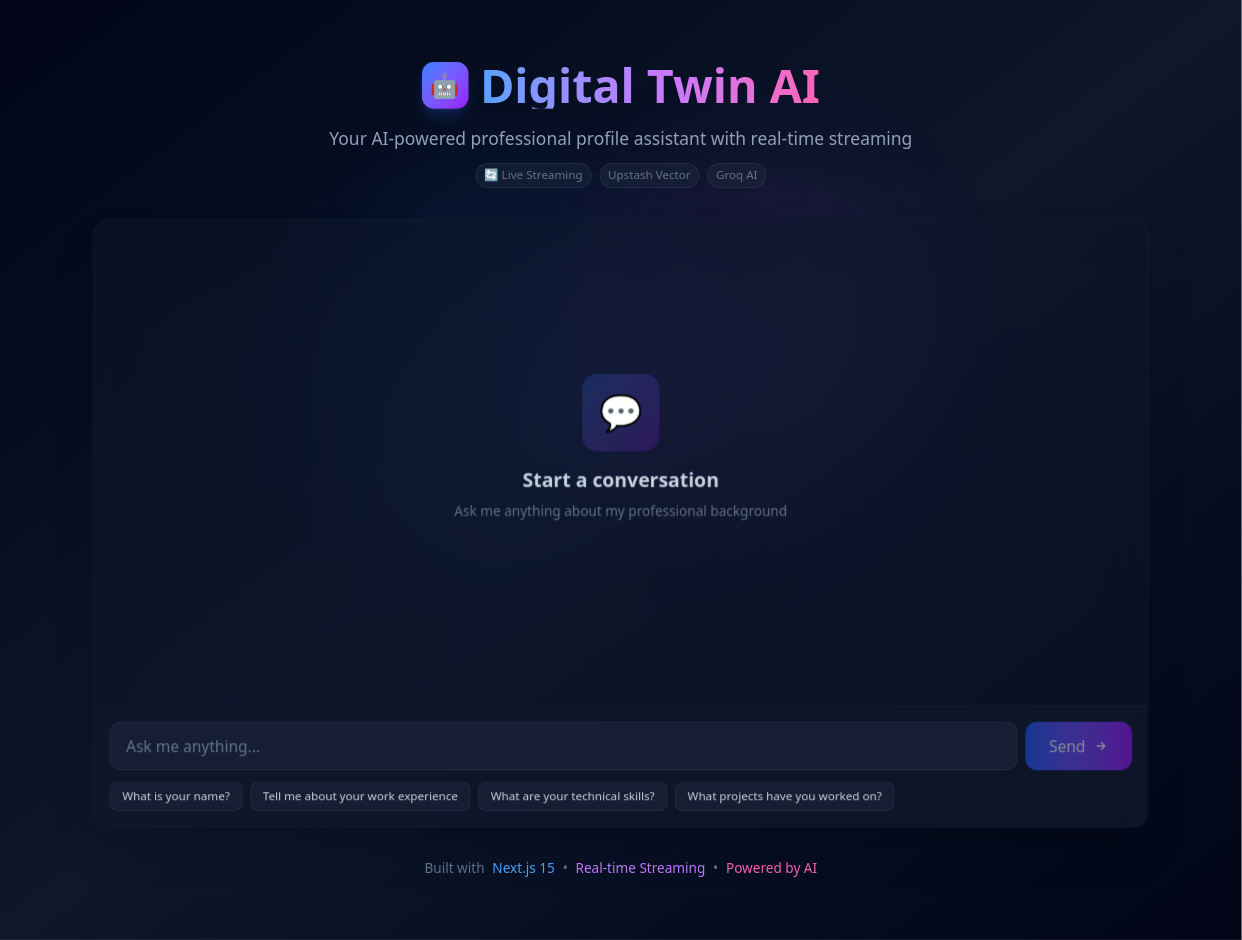
Repository: DiwanMalla/digital-twin-workshop
Page: /
The author's editor kept a copy of each file at every save. The page is drawn from the files as they stood at one save, then again after the next save.
The browser window is 1280 px wide. The pictures show the whole page, at 97% of full size.
The page's requests for data from a server got no answer. The project was rebuilt for these pictures with package versions that can differ from the ones it lists, and the page was loaded fresh each time. The framework's server and built-in components were replaced by stand-ins that run in the browser. No one was signed in, and anything a server would have sent is missing. Also part of the build but not shown: next.config.ts.

Above is the page before, as saved 2025-10-25 21:53:37.

### app/page.tsx
"use client";

import { useState, useEffect, useRef } from "react";
import { Check, Copy, Trash2, Send, Sparkles } from "lucide-react";

type Message = {
  type: "user" | "ai";
  content: string;
  timestamp: Date;
};

export default function Home() {
  const [question, setQuestion] = useState("");
  const [messages, setMessages] = useState<Message[]>([]);
  const [isLoading, setIsLoading] = useState(false);
  const [isStreaming, setIsStreaming] = useState(false);
  const [streamingMessage, setStreamingMessage] = useState("");
  const [statusMessage, setStatusMessage] = useState("");
  const [dbStatus, setDbStatus] = useState<{
    success: boolean;
    message: string;
    vectorCount?: number;
  } | null>(null);
  const [isReloading, setIsReloading] = useState(false);
  const [copiedIndex, setCopiedIndex] = useState<number | null>(null);
  const chatEndRef = useRef<HTMLDivElement>(null);

  // Load database on mount
  useEffect(() => {
    loadDatabase();
  }, []);

  // Auto-scroll to bottom when messages update
  useEffect(() => {
    chatEndRef.current?.scrollIntoView({ behavior: "smooth" });
  }, [messages, streamingMessage]);

  const loadDatabase = async () => {
    try {
      const res = await fetch("/api/mcp/query");
      const data = await res.json();
      setDbStatus(data);
    } catch (err) {
      console.error("Error loading database:", err);
    }
  };

  const reloadDatabase = async () => {
    setIsReloading(true);
    try {
      const res = await fetch("/api/mcp/reload", {
        method: "DELETE",
      });
      const data = await res.json();
      setDbStatus(data);
    } catch (err) {
      console.error("Error reloading database:", err);
    } finally {
      setIsReloading(false);
    }
  };

  const handleSubmit = async (e: React.FormEvent) => {
    e.preventDefault();
    if (!question.trim() || isLoading || isStreaming) return;

    const userQuestion = question.trim();
    setQuestion("");
    setIsLoading(true);
    setIsStreaming(true);
    setStreamingMessage("");
    setStatusMessage("");

    // Add user message immediately
    const newUserMessage: Message = {
      type: "user",
      content: userQuestion,
      timestamp: new Date(),
    };
    setMessages((prev) => [...prev, newUserMessage]);

    try {
      const response = await fetch("/api/mcp/stream", {
        method: "POST",
        headers: { "Content-Type": "application/json" },
        body: JSON.stringify({ question: userQuestion }),
      });

      if (!response.ok) throw new Error("Stream failed");

      const reader = response.body?.getReader();
      const decoder = new TextDecoder();
      let fullResponse = "";

      if (reader) {
        while (true) {
          const { done, value } = await reader.read();
          if (done) break;

          const chunk = decoder.decode(value);
          const lines = chunk.split("\n");

          for (const line of lines) {
            if (line.startsWith("data: ")) {
              const data = JSON.parse(line.slice(6));

              if (data.type === "status") {
                setStatusMessage(data.message);
              } else if (data.type === "token") {
                fullResponse += data.content;
                setStreamingMessage(fullResponse);
              } else if (data.type === "done") {
                setIsStreaming(false);
                setStatusMessage("");
                // Add complete AI message
                const aiMessage: Message = {
                  type: "ai",
                  content: fullResponse,
                  timestamp: new Date(),
                };
                setMessages((prev) => [...prev, aiMessage]);
                setStreamingMessage("");
              } else if (data.type === "error") {
                throw new Error(data.message);
              }
            }
          }
        }
      }
    } catch (err) {
      const errorMessage: Message = {
        type: "ai",
        content: `Error: ${err instanceof Error ? err.message : "Failed to get response"}`,
        timestamp: new Date(),
      };
      setMessages((prev) => [...prev, errorMessage]);
      setStreamingMessage("");
      setIsStreaming(false);
      setStatusMessage("");
    } finally {
      setIsLoading(false);
    }
  };

  const copyToClipboard = async (text: string, index: number) => {
    try {
      await navigator.clipboard.writeText(text);
      setCopiedIndex(index);
      setTimeout(() => setCopiedIndex(null), 2000);
    } catch (err) {
      console.error("Failed to copy:", err);
    }
  };

  const clearChat = () => {
    if (confirm("Are you sure you want to clear the chat history?")) {
      setMessages([]);
      setStreamingMessage("");
    }
  };

  const formatMessage = (content: string) => {
    // Simple markdown-like formatting
    return content
      .split("\n")
      .map((line, i) => {
        // Headers
        if (line.startsWith("### ")) {
          return (
            <h3 key={i} className="text-lg font-bold mt-4 mb-2 text-blue-300">
              {line.replace("### ", "")}
            </h3>
          );
        }
        if (line.startsWith("## ")) {
          return (
            <h2 key={i} className="text-xl font-bold mt-4 mb-2 text-blue-300">
              {line.replace("## ", "")}
            </h2>
          );
        }
        // Bold
        if (line.includes("**")) {
          const parts = line.split(/\*\*(.*?)\*\*/g);
          return (
            <p key={i} className="mb-2">
              {parts.map((part, j) =>
                j % 2 === 1 ? (
                  <strong key={j} className="font-semibold text-white">
                    {part}
                  </strong>
                ) : (
                  part
                )
              )}
            </p>
          );
        }
        // Bullet points
        if (line.trim().startsWith("- ") || line.trim().startsWith("* ")) {
          return (
            <li key={i} className="ml-4 mb-1">
              {line.replace(/^[\s-*]+/, "")}
            </li>
          );
        }
        // Code blocks
        if (line.trim().startsWith("`") && line.trim().endsWith("`")) {
          return (
            <code key={i} className="bg-slate-800 px-2 py-1 rounded text-blue-300 text-sm block my-1">
              {line.replace(/`/g, "")}
            </code>
          );
        }
        // Regular line
        return line.trim() ? (
          <p key={i} className="mb-2">
            {line}
          </p>
        ) : (
          <br key={i} />
        );
      });
  };

  const sampleQuestions = [
    "What is your name?",
    "Tell me about your work experience",
    "What are your technical skills?",
    "What projects have you worked on?",
  ];

  return (
    <div className="min-h-screen bg-gradient-to-br from-slate-950 via-slate-900 to-slate-950 text-white">
      {/* Animated background */}
      <div className="fixed inset-0 overflow-hidden pointer-events-none">
        <div className="absolute top-1/4 left-1/4 w-96 h-96 bg-blue-500/10 rounded-full blur-3xl animate-pulse"></div>
        <div className="absolute bottom-1/4 right-1/4 w-96 h-96 bg-purple-500/10 rounded-full blur-3xl animate-pulse delay-1000"></div>
      </div>

      <div className="relative max-w-6xl mx-auto p-4 sm:p-6 lg:p-8">
        {/* Header */}
        <div className="text-center mb-8 pt-8">
          <div className="inline-flex items-center gap-3 mb-4">
            <div className="w-12 h-12 bg-gradient-to-br from-blue-500 to-purple-600 rounded-xl flex items-center justify-center shadow-lg shadow-blue-500/20">
              <span className="text-2xl">🤖</span>
            </div>
            <h1 className="text-4xl sm:text-5xl font-bold bg-gradient-to-r from-blue-400 via-purple-400 to-pink-400 bg-clip-text text-transparent">
              Digital Twin AI
            </h1>
          </div>
          <p className="text-slate-400 text-lg">
            Your AI-powered professional profile assistant with real-time streaming
          </p>
          <div className="flex items-center justify-center gap-2 mt-3 text-xs text-slate-500">
            <span className="px-2 py-1 bg-slate-800/50 rounded-full border border-slate-700/50">🔄 Live Streaming</span>
            <span className="px-2 py-1 bg-slate-800/50 rounded-full border border-slate-700/50">Upstash Vector</span>
            <span className="px-2 py-1 bg-slate-800/50 rounded-full border border-slate-700/50">Groq AI</span>
          </div>
        </div>

        {/* Database Status */}
        {dbStatus && (
          <div
            className={`mb-6 p-4 rounded-2xl border backdrop-blur-sm transition-all duration-300 ${
              dbStatus.success
                ? "bg-emerald-500/10 border-emerald-500/30 shadow-lg shadow-emerald-500/10"
                : "bg-rose-500/10 border-rose-500/30 shadow-lg shadow-rose-500/10"
            }`}
          >
            <div className="flex items-center gap-3">
              <div className={`w-10 h-10 rounded-full flex items-center justify-center ${
                dbStatus.success ? "bg-emerald-500/20" : "bg-rose-500/20"
              }`}>
                <span className="text-xl">
                  {dbStatus.success ? "✓" : "✗"}
                </span>
              </div>
              <div className="flex-1">
                <p className="font-semibold text-white">{dbStatus.message}</p>
                {dbStatus.vectorCount && (
                  <p className="text-sm text-slate-400 mt-1">
                    �� {dbStatus.vectorCount} content chunks indexed and ready
                  </p>
                )}
              </div>
              <button
                onClick={reloadDatabase}
                disabled={isReloading}
                className="px-4 py-2 bg-slate-800/50 hover:bg-slate-700/50 border border-slate-700/50 rounded-lg text-sm text-slate-300 hover:text-white transition-all disabled:opacity-50 disabled:cursor-not-allowed flex items-center gap-2"
              >
                <svg
                  className={`w-4 h-4 ${isReloading ? 'animate-spin' : ''}`}
                  fill="none"
                  stroke="currentColor"
                  viewBox="0 0 24 24"
                >
                  <path strokeLinecap="round" strokeLinejoin="round" strokeWidth={2} d="M4 4v5h.582m15.356 2A8.001 8.001 0 004.582 9m0 0H9m11 11v-5h-.581m0 0a8.003 8.003 0 01-15.357-2m15.357 2H15" />
                </svg>
                {isReloading ? 'Reloading...' : 'Reload DB'}
              </button>
            </div>
          </div>
        )}

        {/* Main Chat Container */}
        <div className="bg-slate-900/50 backdrop-blur-xl rounded-2xl border border-slate-800/50 shadow-2xl overflow-hidden">
          {/* Chat Messages */}
          <div className="h-[500px] overflow-y-auto p-6 space-y-4">
            {messages.length === 0 && !isStreaming && (
              <div className="flex flex-col items-center justify-center h-full text-center">
                <div className="w-20 h-20 bg-gradient-to-br from-blue-500/20 to-purple-600/20 rounded-2xl flex items-center justify-center mb-4">
                  <span className="text-4xl">💬</span>
                </div>
                <h3 className="text-xl font-semibold text-slate-300 mb-2">Start a conversation</h3>
                <p className="text-slate-500 text-sm">Ask me anything about my professional background</p>
              </div>
            )}

            {messages.map((msg, idx) => (
              <div
                key={idx}
                className={`flex gap-3 ${
                  msg.type === "user" ? "justify-end" : "justify-start"
                }`}
              >
                <div
                  className={`max-w-[80%] rounded-2xl px-4 py-3 ${
                    msg.type === "user"
                      ? "bg-gradient-to-r from-blue-600 to-purple-600 text-white"
                      : "bg-white/10 backdrop-blur-sm text-white border border-white/10"
                  }`}
                >
                  <p className="text-sm whitespace-pre-wrap">{msg.content}</p>
                  <p className="text-xs opacity-50 mt-1">
                    {msg.timestamp.toLocaleTimeString()}
                  </p>
                </div>
              </div>
            ))}

            {/* Show streaming message */}
            {isStreaming && streamingMessage && (
              <div className="flex gap-3 justify-start">
                <div className="max-w-[80%] rounded-2xl px-4 py-3 bg-white/10 backdrop-blur-sm text-white border border-white/10">
                  <p className="text-sm whitespace-pre-wrap">{streamingMessage}</p>
                  <div className="flex items-center gap-2 mt-2">
                    <div className="w-2 h-2 bg-blue-500 rounded-full animate-pulse"></div>
                    <p className="text-xs opacity-50">Streaming...</p>
                  </div>
                </div>
              </div>
            )}

            {/* Show status message */}
            {statusMessage && (
              <div className="flex justify-center">
                <div className="px-4 py-2 bg-blue-500/20 backdrop-blur-sm rounded-full border border-blue-500/30">
                  <p className="text-xs text-blue-300">{statusMessage}</p>
                </div>
              </div>
            )}

            <div ref={chatEndRef} />
          </div>

          {/* Input Form */}
          <div className="border-t border-slate-800/50 p-4 bg-slate-900/80 backdrop-blur-sm">
            <form onSubmit={handleSubmit} className="space-y-3">
              <div className="flex gap-2">
                <input
                  type="text"
                  value={question}
                  onChange={(e) => setQuestion(e.target.value)}
                  placeholder="Ask me anything..."
                  className="flex-1 px-4 py-3 bg-slate-800/50 border border-slate-700/50 rounded-xl focus:outline-none focus:ring-2 focus:ring-blue-500/50 focus:border-transparent text-white placeholder-slate-500 transition-all"
                  disabled={isLoading || isStreaming}
                />
                <button
                  type="submit"
                  disabled={isLoading || isStreaming || !question.trim()}
                  className="px-6 py-3 bg-gradient-to-r from-blue-600 to-purple-600 text-white rounded-xl hover:from-blue-700 hover:to-purple-700 disabled:opacity-50 disabled:cursor-not-allowed transition-all duration-200 font-medium flex items-center gap-2"
                >
                  {isLoading || isStreaming ? (
                    <>
                      <svg className="animate-spin h-4 w-4" viewBox="0 0 24 24">
                        <circle className="opacity-25" cx="12" cy="12" r="10" stroke="currentColor" strokeWidth="4" fill="none"/>
                        <path className="opacity-75" fill="currentColor" d="M4 12a8 8 0 018-8V0C5.373 0 0 5.373 0 12h4zm2 5.291A7.962 7.962 0 014 12H0c0 3.042 1.135 5.824 3 7.938l3-2.647z"/>
                      </svg>
                      <span>Thinking...</span>
                    </>
                  ) : (
                    <>
                      <span>Send</span>
                      <svg className="w-4 h-4" fill="none" stroke="currentColor" viewBox="0 0 24 24">
                        <path strokeLinecap="round" strokeLinejoin="round" strokeWidth={2} d="M13 7l5 5m0 0l-5 5m5-5H6"/>
                      </svg>
                    </>
                  )}
                </button>
              </div>

              {/* Sample Questions */}
              <div className="flex flex-wrap gap-2">
                {sampleQuestions.map((q) => (
                  <button
                    key={q}
                    type="button"
                    onClick={() => setQuestion(q)}
                    className="text-xs bg-slate-800/50 hover:bg-slate-800 border border-slate-700/50 hover:border-blue-500/50 text-slate-300 hover:text-blue-300 px-3 py-1.5 rounded-lg transition-all duration-200"
                    disabled={isLoading || isStreaming}
                  >
                    {q}
                  </button>
                ))}
              </div>
            </form>
          </div>
        </div>

        {/* Footer */}
        <div className="mt-8 text-center text-sm text-slate-500 pb-8">
          <p className="flex items-center justify-center gap-2 flex-wrap">
            <span>Built with</span>
            <span className="text-blue-400">Next.js 15</span>
            <span>•</span>
            <span className="text-purple-400">Real-time Streaming</span>
            <span>•</span>
            <span className="text-pink-400">Powered by AI</span>
          </p>
        </div>
      </div>
    </div>
  );
}

### app/globals.css
@import "tailwindcss";

:root {
  --background: 0 0% 100%;
  --foreground: 240 10% 3.9%;
  --card: 0 0% 100%;
  --card-foreground: 240 10% 3.9%;
  --popover: 0 0% 100%;
  --popover-foreground: 240 10% 3.9%;
  --primary: 240 5.9% 10%;
  --primary-foreground: 0 0% 98%;
  --secondary: 240 4.8% 95.9%;
  --secondary-foreground: 240 5.9% 10%;
  --muted: 240 4.8% 95.9%;
  --muted-foreground: 240 3.8% 46.1%;
  --accent: 240 4.8% 95.9%;
  --accent-foreground: 240 5.9% 10%;
  --destructive: 0 84.2% 60.2%;
  --destructive-foreground: 0 0% 98%;
  --border: 240 5.9% 90%;
  --input: 240 5.9% 90%;
  --ring: 240 5.9% 10%;
  --radius: 0.5rem;
}

@theme inline {
  --color-background: hsl(var(--background));
  --color-foreground: hsl(var(--foreground));
  --color-card: hsl(var(--card));
  --color-card-foreground: hsl(var(--card-foreground));
  --color-popover: hsl(var(--popover));
  --color-popover-foreground: hsl(var(--popover-foreground));
  --color-primary: hsl(var(--primary));
  --color-primary-foreground: hsl(var(--primary-foreground));
  --color-secondary: hsl(var(--secondary));
  --color-secondary-foreground: hsl(var(--secondary-foreground));
  --color-muted: hsl(var(--muted));
  --color-muted-foreground: hsl(var(--muted-foreground));
  --color-accent: hsl(var(--accent));
  --color-accent-foreground: hsl(var(--accent-foreground));
  --color-destructive: hsl(var(--destructive));
  --color-destructive-foreground: hsl(var(--destructive-foreground));
  --color-border: hsl(var(--border));
  --color-input: hsl(var(--input));
  --color-ring: hsl(var(--ring));
  --font-sans: var(--font-geist-sans);
  --font-mono: var(--font-geist-mono);
}

@media (prefers-color-scheme: dark) {
  :root {
    --background: 240 10% 3.9%;
    --foreground: 0 0% 98%;
    --card: 240 10% 3.9%;
    --card-foreground: 0 0% 98%;
    --popover: 240 10% 3.9%;
    --popover-foreground: 0 0% 98%;
    --primary: 0 0% 98%;
    --primary-foreground: 240 5.9% 10%;
    --secondary: 240 3.7% 15.9%;
    --secondary-foreground: 0 0% 98%;
    --muted: 240 3.7% 15.9%;
    --muted-foreground: 240 5% 64.9%;
    --accent: 240 3.7% 15.9%;
    --accent-foreground: 0 0% 98%;
    --destructive: 0 62.8% 30.6%;
    --destructive-foreground: 0 0% 98%;
    --border: 240 3.7% 15.9%;
    --input: 240 3.7% 15.9%;
    --ring: 240 4.9% 83.9%;
  }
}

body {
  background: hsl(var(--background));
  color: hsl(var(--foreground));
  font-family: var(--font-sans), Arial, Helvetica, sans-serif;
}

Loaded but not shown: app/layout.tsx (common file)

After the next save:
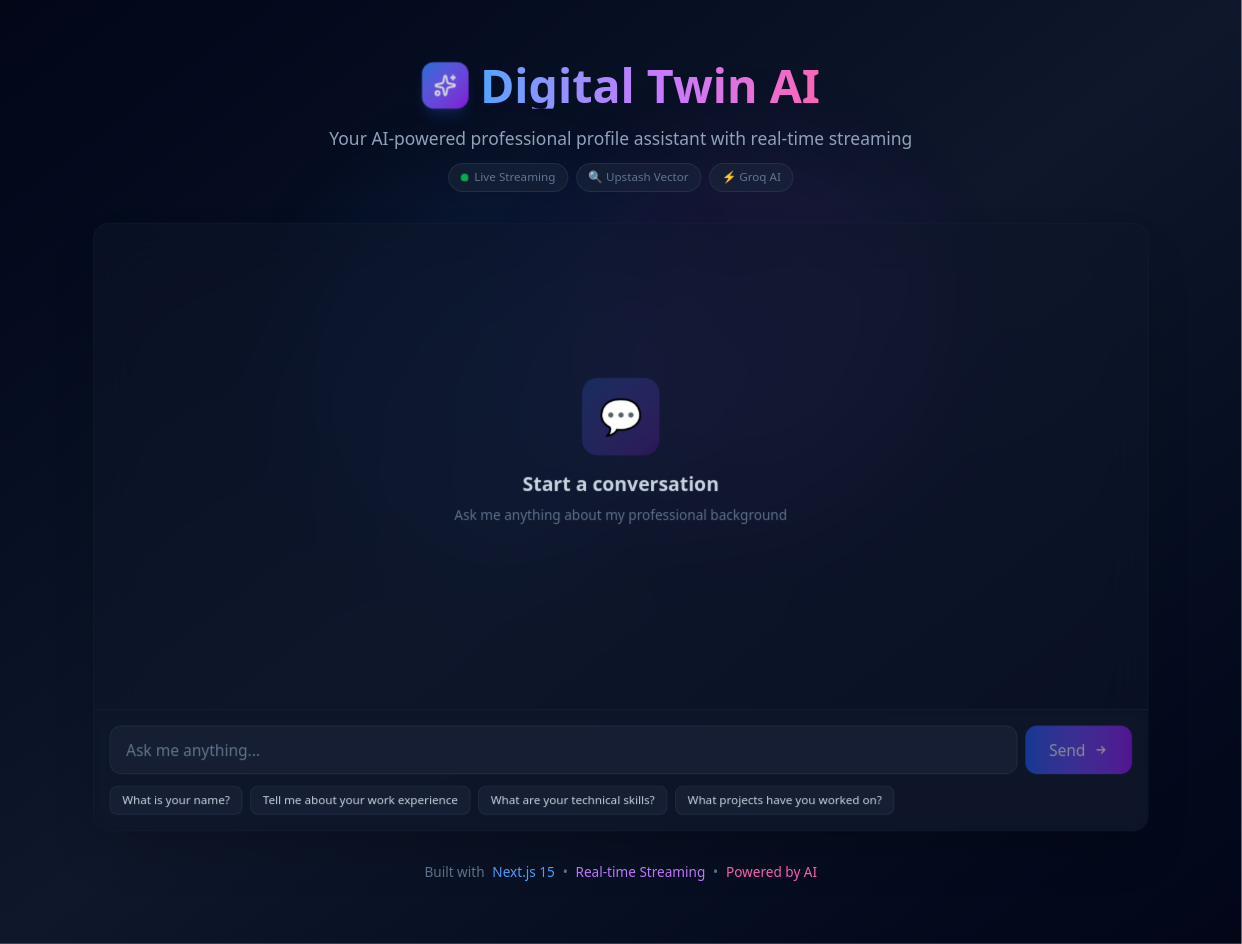
Saved 17 s later.
--- a/app/page.tsx
+++ b/app/page.tsx
@@ -242,20 +242,32 @@ export default function Home() {
         {/* Header */}
         <div className="text-center mb-8 pt-8">
           <div className="inline-flex items-center gap-3 mb-4">
-            <div className="w-12 h-12 bg-gradient-to-br from-blue-500 to-purple-600 rounded-xl flex items-center justify-center shadow-lg shadow-blue-500/20">
-              <span className="text-2xl">🤖</span>
+            <div className="w-12 h-12 bg-gradient-to-br from-blue-500 to-purple-600 rounded-xl flex items-center justify-center shadow-lg shadow-blue-500/20 animate-pulse">
+              <Sparkles className="w-6 h-6 text-white" />
             </div>
             <h1 className="text-4xl sm:text-5xl font-bold bg-gradient-to-r from-blue-400 via-purple-400 to-pink-400 bg-clip-text text-transparent">
               Digital Twin AI
             </h1>
           </div>
-          <p className="text-slate-400 text-lg">
+          <p className="text-slate-400 text-lg mb-3">
             Your AI-powered professional profile assistant with real-time streaming
           </p>
-          <div className="flex items-center justify-center gap-2 mt-3 text-xs text-slate-500">
-            <span className="px-2 py-1 bg-slate-800/50 rounded-full border border-slate-700/50">🔄 Live Streaming</span>
-            <span className="px-2 py-1 bg-slate-800/50 rounded-full border border-slate-700/50">Upstash Vector</span>
-            <span className="px-2 py-1 bg-slate-800/50 rounded-full border border-slate-700/50">Groq AI</span>
+          <div className="flex items-center justify-center gap-2 flex-wrap text-xs text-slate-500">
+            <span className="px-3 py-1.5 bg-slate-800/50 rounded-full border border-slate-700/50 flex items-center gap-1.5">
+              <span className="w-2 h-2 bg-green-500 rounded-full animate-pulse"></span>
+              Live Streaming
+            </span>
+            <span className="px-3 py-1.5 bg-slate-800/50 rounded-full border border-slate-700/50">
+              🔍 Upstash Vector
+            </span>
+            <span className="px-3 py-1.5 bg-slate-800/50 rounded-full border border-slate-700/50">
+              ⚡ Groq AI
+            </span>
+            {messages.length > 0 && (
+              <span className="px-3 py-1.5 bg-blue-500/20 rounded-full border border-blue-500/30 text-blue-300">
+                💬 {messages.length} messages
+              </span>
+            )}
           </div>
         </div>
 
